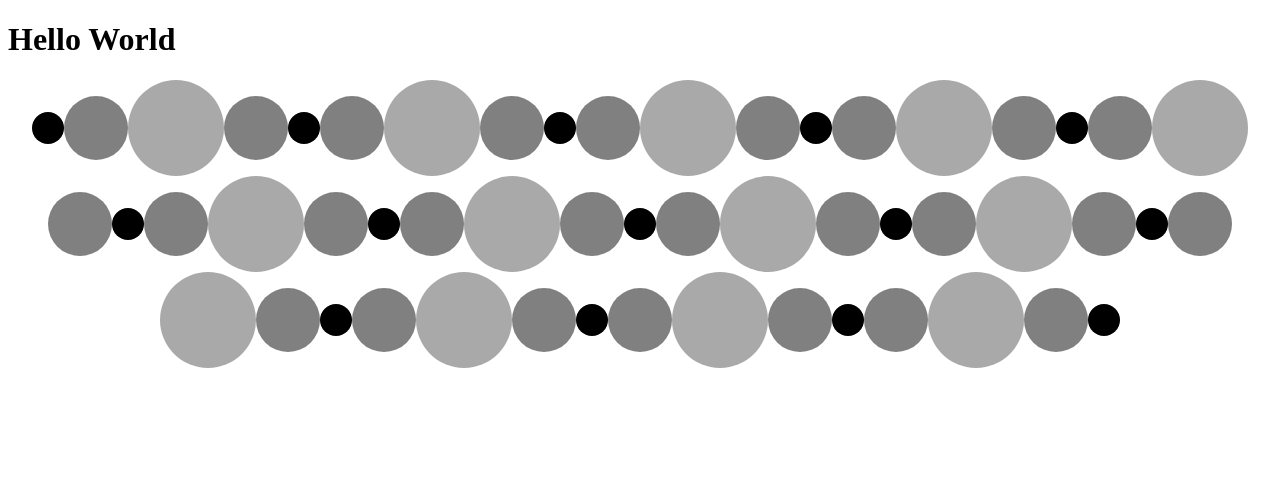
Repository: sarahlochhead/css-demo
Page: index.html
These files come from the project's save history. The page is drawn as it stood at one moment and after the next save; the edit follows.
The browser window is 1280 px wide. The pictures show the whole page.

Above is the page before, as saved 2023-04-28 12:31:48.

After the next save:
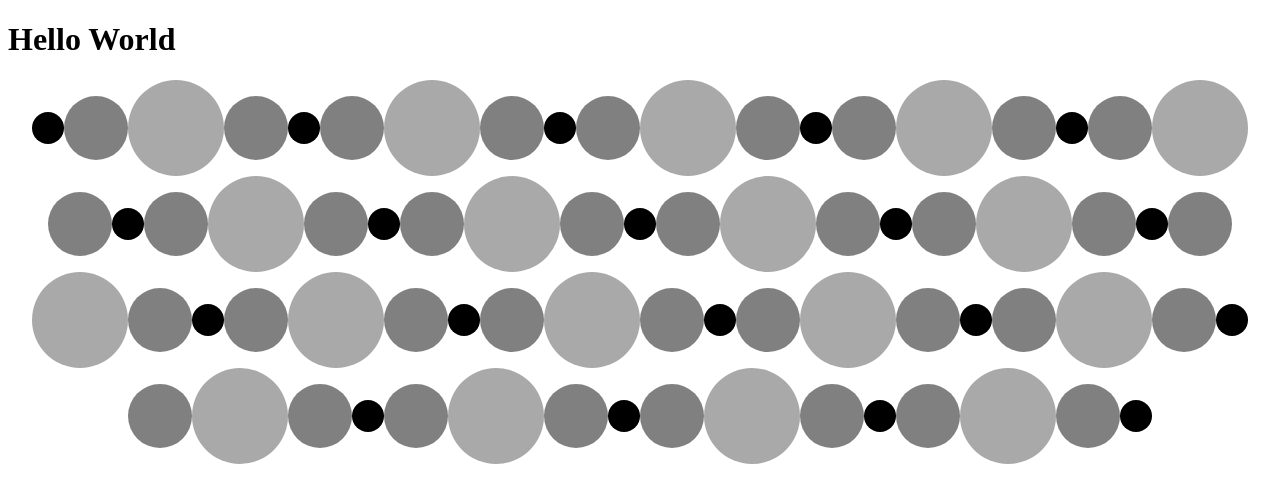
Saved 5 s later.
--- a/index.html
+++ b/index.html
@@ -65,6 +65,26 @@
         <div class="large"></div>
         <div class="medium"></div>
         <div class="small"></div>
+        <div class="medium"></div>
+        <div class="large"></div>
+        <div class="medium"></div>
+        <div class="small"></div>
+        <div class="medium"></div>
+        <div class="large"></div>
+        <div class="medium"></div>
+        <div class="small"></div>
+        <div class="medium"></div>
+        <div class="large"></div>
+        <div class="medium"></div>
+        <div class="small"></div>
+        <div class="medium"></div>
+        <div class="large"></div>
+        <div class="medium"></div>
+        <div class="small"></div>
+        <div class="medium"></div>
+        <div class="large"></div>
+        <div class="medium"></div>
+        <div class="small"></div>
     </div>
 
 
